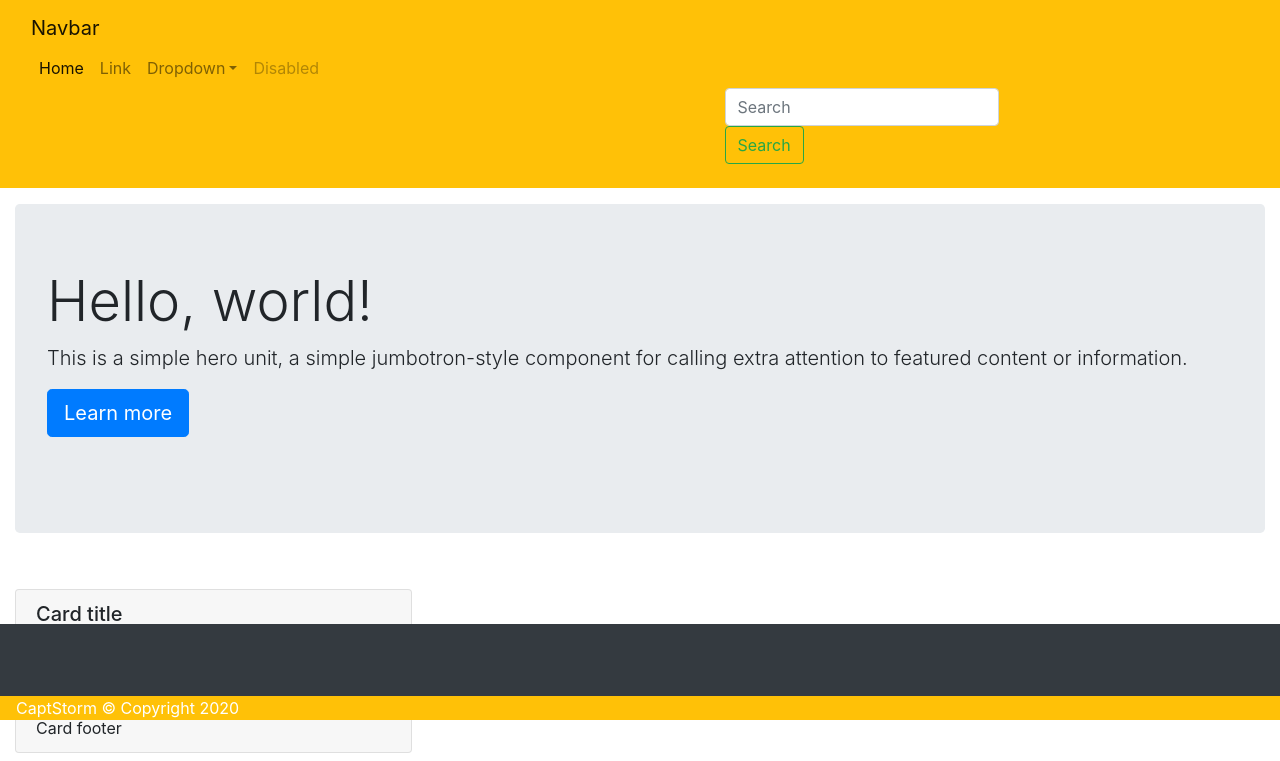
Repository: CaptainStorm21/complete-react16-bootstrap-passing-props
Page: /
These files come from the project's save history. The page is drawn as it stood at one moment and after the next save; the edit follows.
The browser window is 1280 px wide. The pictures show the whole page.
The project was rebuilt for these pictures with package versions that can differ from the ones it lists, and the page was loaded fresh each time.

Above is the page before, as saved 2020-04-23 14:31:00.

### public/index.html
<!DOCTYPE html>
<html lang="en">
<head>
  <title>Bootstrap Example</title>
  <meta charset="utf-8">
  <meta name="viewport" content="width=device-width, initial-scale=1">
  <link rel="stylesheet" href="https://maxcdn.bootstrapcdn.com/bootstrap/4.4.1/css/bootstrap.min.css">
  <script src="https://ajax.googleapis.com/ajax/libs/jquery/3.4.1/jquery.min.js"></script>
  <script src="https://cdnjs.cloudflare.com/ajax/libs/popper.js/1.16.0/umd/popper.min.js"></script>
  <script src="https://maxcdn.bootstrapcdn.com/bootstrap/4.4.1/js/bootstrap.min.js"></script>
</head>
<body>
<div id="root"></div>

</body>
</html>

### src/index.js
import React from 'react';
import ReactDOM from 'react-dom';
import './style.css';
import App from './App';
import * as serviceWorker from './serviceWorker';


ReactDOM.render(
  <React.StrictMode>
    <App />
  </React.StrictMode>,
  document.getElementById('root')
);

// If you want your app to work offline and load faster, you can change
// unregister() to register() below. Note this comes with some pitfalls.
// Learn more about service workers: https://bit.ly/CRA-PWA
serviceWorker.unregister();

### src/style.css




body {
  margin: 0;
  font-family: -apple-system, BlinkMacSystemFont, 'Segoe UI', 'Roboto', 'Oxygen',
    'Ubuntu', 'Cantarell', 'Fira Sans', 'Droid Sans', 'Helvetica Neue',
    sans-serif;
  -webkit-font-smoothing: antialiased;
  -moz-osx-font-smoothing: grayscale;
}

.footer {
  position: absolute;
  bottom: 0;
  width: 100%;
  height: 60px; /* Set the fixed height of the footer here */
  line-height: 60px; /* Vertically center the text there */
  background-color: purple;
}

### src/App.js
import React from "react";
import Main from "./components/Main";
import ContanerCard from "./components/ContainerCard";

import Header from "./components/layout/Header";
import Footer from "./components/layout/Footer";

function App() {
  return (
    <div>
      <Header />
      <div classNameName="container-fluid">
        <div className="col-lg-12 py-3">
          <Main />
        </div>
        <div className="container-fluid">
          <div className="row">
            <ContanerCard />
          </div>
        </div>
        <Footer />
      </div>
    </div>
  );
}

export default App;

### src/components/Main.js
import React from "react";

function Main() {
  return (
    <div className="jumbotron">
      <h1 className="display-4">Hello, world!</h1>
      <p className="lead">
        This is a simple hero unit, a simple jumbotron-style component for
        calling extra attention to featured content or information.
        <p className = "py-3">
        <a className="btn btn-primary btn-lg" href="#" role="button">
          Learn more
        </a>
        </p>
      </p>
    </div>
  );
}

export default Main;

### src/components/ContainerCard.js
import React from "react";

function ContainerCard() {
  return (
    <div className="col-md-4 col-lg-4 py-2">
    <div className="card">
      <h5 className="card-header">Card title</h5>
      <div className="card-body">
        <p className="card-text">Card content</p>
      </div>
      <div className="card-footer">Card footer</div>
    </div>
    </div>
  );
}

export default ContainerCard;

### src/components/layout/Header.js
import React from "react";
import Navbar from "./Navbar";

function Header() {
  return (
    <nav className="navbar navbar-expand-lg navbar-light bg-warning">
              <Navbar />
    </nav>
  );
}

export default Header;

### src/components/layout/Footer.js
import React from "react";

function Footer() {
  return (
    <footer className="bg-dark py-5 fixed-bottom ">
      <div className="container"></div>
      <div className="container-fluid">
        <div className="row bg-info">
        <div className="bg-warning fixed-bottom">
          <span className="p-3 text-white">
            CaptStorm &copy; Copyright 2020
          </span>
        </div>        </div>
      </div>
    </footer>
  );
}

export default Footer;

### src/components/layout/Navbar.js
import React from "react";
import "./Nav.css";

function Navbar() {
  return (
    <>
              <div className = "col-9">
   <a className="navbar-brand" href="/">Navbar</a>
        <button className="navbar-toggler" type="button" data-toggle="collapse" data-target="#navbarSupportedContent" aria-controls="navbarSupportedContent" aria-expanded="false" aria-label="Toggle navigation">
          <span className="navbar-toggler-icon"></span>
        </button>

        <div className="collapse navbar-collapse" id="navbarSupportedContent">
          <ul className="navbar-nav mr-auto">
            <li className="nav-item active">
              <a className="nav-link" href="/">Home <span className="sr-only">(current)</span></a>
            </li>
            <li className="nav-item">
              <a className="nav-link" href="/">Link</a>
            </li>
            <li className="nav-item dropdown">
              <a className="nav-link dropdown-toggle" href="/" id="navbarDropdown" role="button" data-toggle="dropdown" aria-haspopup="true" aria-expanded="false">
                Dropdown
              </a>
              <div className="dropdown-menu" aria-labelledby="navbarDropdown">
                <a className="dropdown-item" href="/">Action</a>
                <a className="dropdown-item" href="/">Another action</a>
                <div className="dropdown-divider"></div>
                <a className="dropdown-item" href="/">Something else here</a>
              </div>
            </li>
            <li className="nav-item">
              <a className="nav-link disabled" href="/">Disabled</a>
            </li>
          </ul>
</div>
          <div className="input-group mb-3 col-3 float-lg-right">
  <div className="input-group-append ">
          <form className="form-inline ">
            <input className="form-control " type="search" placeholder="Search" aria-label="Search" />
            <button className="btn btn-outline-success" type="submit">Search</button>
          </form></div>
        </div></div>
  </>
)
}

export default Navbar;

### src/components/layout/Nav.css
@media (min-width: 768px) {
    .navbar-nav {
      width: 100%;
      text-align: center;
    }
    .navbar-nav > li {
      float: none;
      display: inline-block;
    }
    .navbar-nav > li.navbar-right {
      float: right !important;
    }
  }

Loaded but not shown: src/serviceWorker.js (common file)

After the next save:
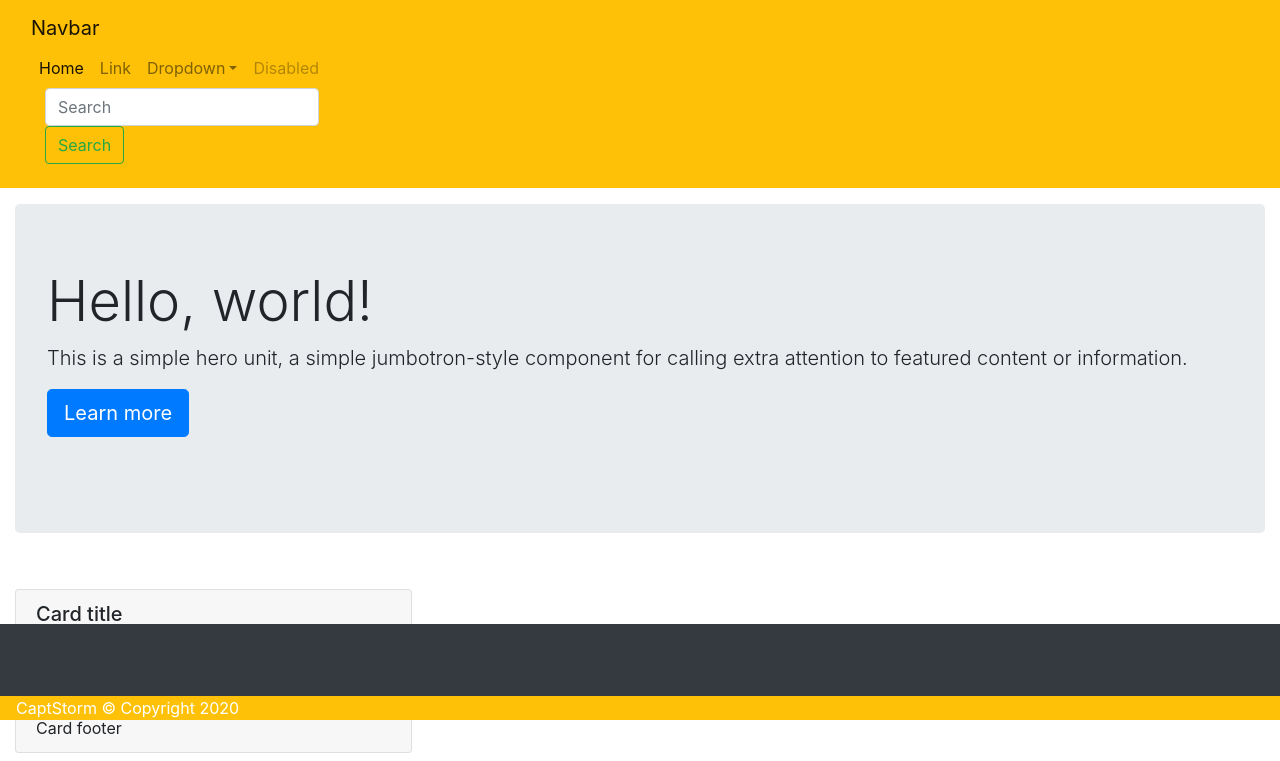
Saved 20 s later.
--- a/src/components/layout/Navbar.js
+++ b/src/components/layout/Navbar.js
@@ -34,7 +34,7 @@ function Navbar() {
             </li>
           </ul>
 </div>
-          <div className="input-group mb-3 col-3 float-lg-right">
+          <div className="input-group mb-3 col-3">
   <div className="input-group-append ">
           <form className="form-inline ">
             <input className="form-control " type="search" placeholder="Search" aria-label="Search" />
